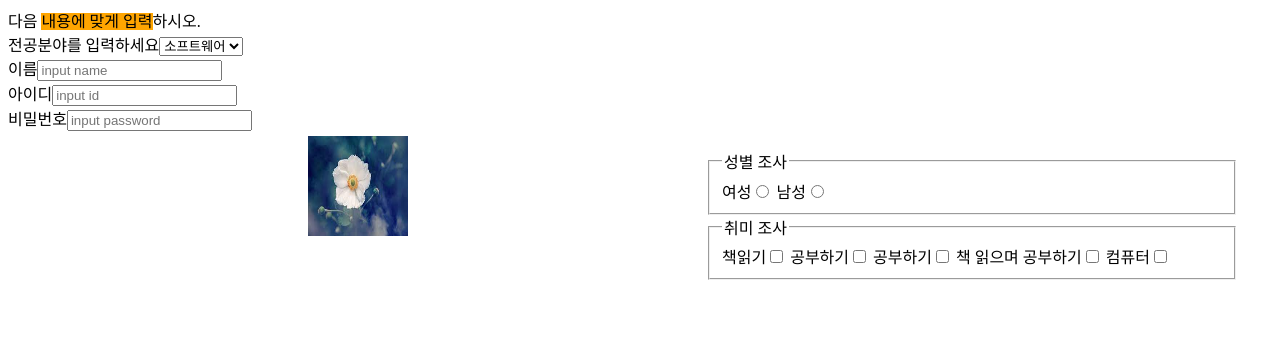
Repository: jwlee0714/HTML
Page: html/quiz-설문조사.html
These files come from the project's save history. The page is drawn as it stood at one moment and after the next save; the edit follows.
The browser window is 1280 px wide. The pictures show the whole page.

Above is the page before, as saved 2021-10-05 08:42:26.

After the next save:
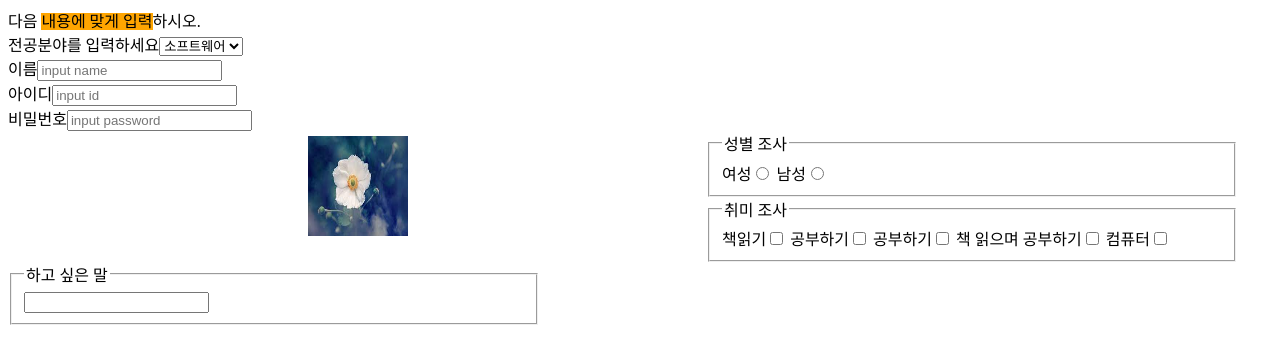
Saved 104 s later.
--- a/html/quiz-설문조사.html
+++ b/html/quiz-설문조사.html
@@ -37,22 +37,25 @@
 	</tr>
 	</table>
 
-<br>
+
 <fieldset style="width:500px;">
 		<legend>성별 조사 </legend>
 		여성<input type="radio">
 		남성<input type="radio">
-	</fieldset>
-
-	<fieldset style="width:500px;">
+</fieldset>
+<fieldset style="width:500px;">
 		<legend>취미 조사 </legend>
 		책읽기<input type="checkbox">
 		공부하기<input type="checkbox">
 		공부하기<input type="checkbox">
 		책 읽으며 공부하기<input type="checkbox">
 		컴퓨터<input type="checkbox">
+</fieldset>
+<fieldset style="width:500px;">
+		<legend>하고 싶은 말 </legend>
+		<input type="text">
+</fieldset>
 
-	</fieldset>
 
 
 </body>
